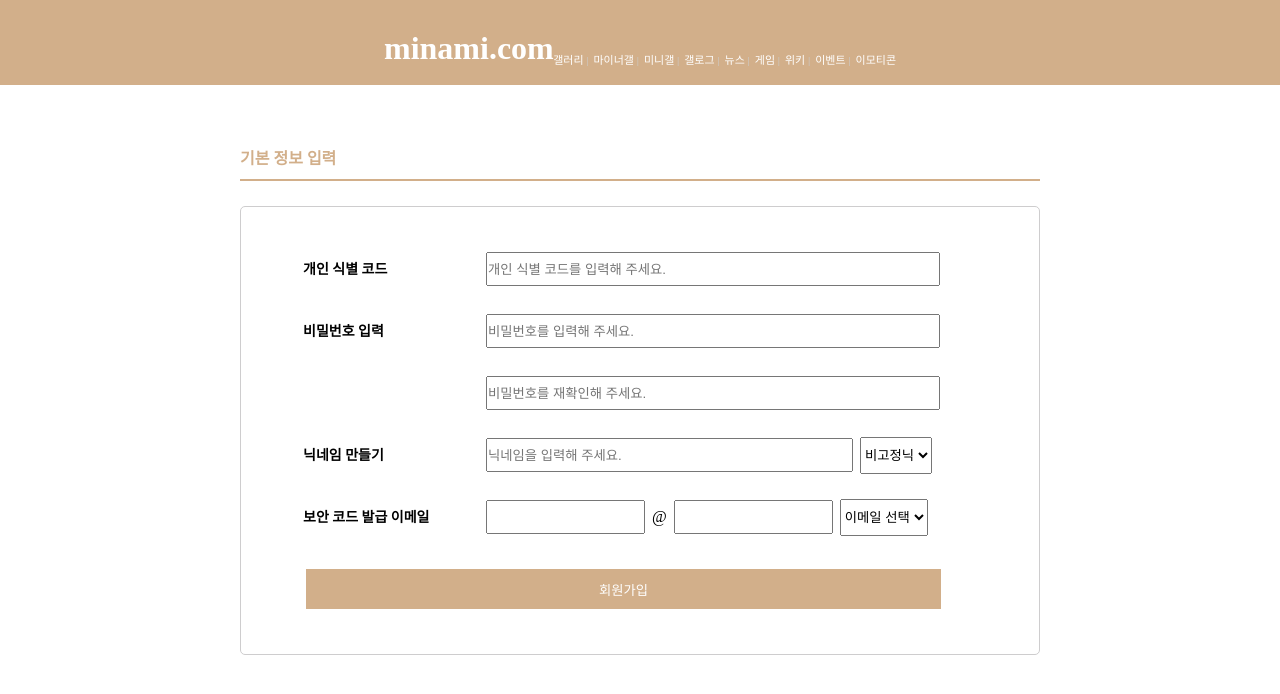
Repository: Minami0717/JSP_Study
Page: http://localhost/JSP_Gall/jsp/joinForm.jsp
These files come from the project's save history. The page is drawn as it stood at one moment and after the next save; the edit follows.
The browser window is 1280 px wide. The pictures show the whole page.
The page is served by Tomcat 9.

Above is the page before, as saved 2023-02-15 07:09:26.

After the next save:
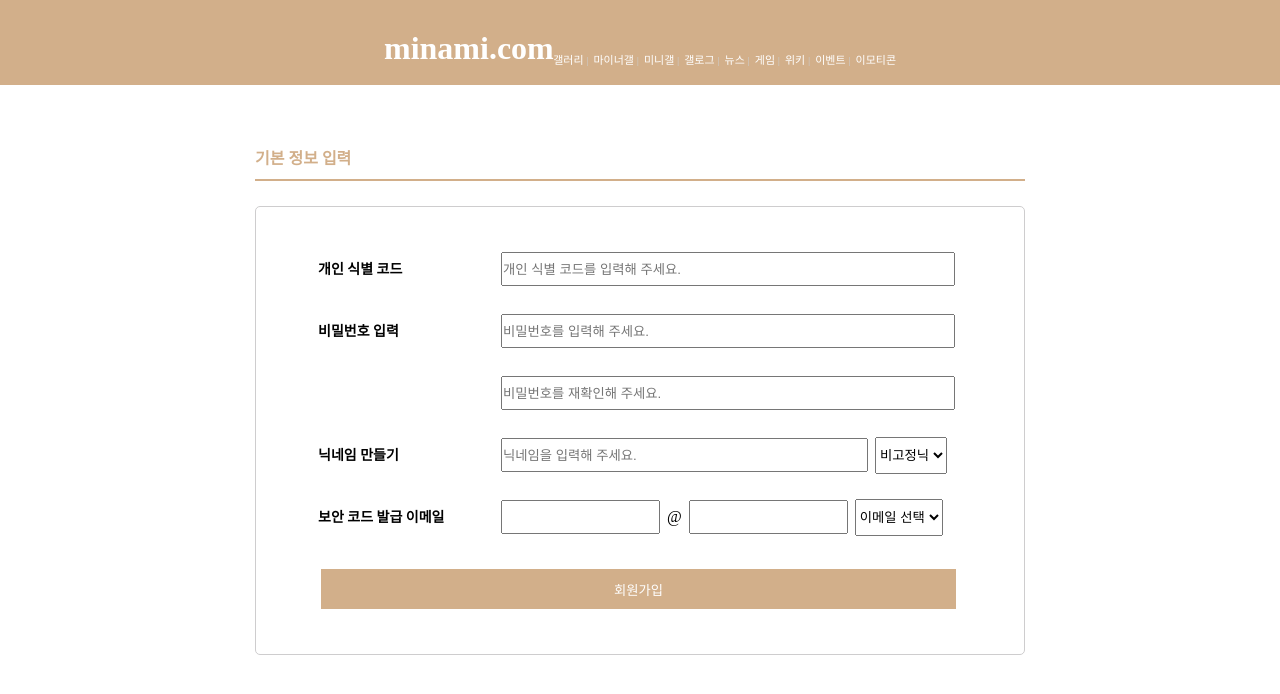
Saved 15 s later.
--- a/JSP_Gall/src/main/webapp/jsp/joinForm.jsp
+++ b/JSP_Gall/src/main/webapp/jsp/joinForm.jsp
@@ -17,7 +17,7 @@
 	header ul {position: absolute; right: 30%; top: 50px;}
 	header h1 {position: absolute; left: 30%; top: 30px;}
 
-	section {width: 800px; margin: 0 auto;}
+	section {width: 770px; margin: 0 auto;}
 	section div:first-child {border-bottom: 2px solid #d2af8a; padding: 10px 0; margin-top: 50px;}
 	section div:first-child h4 {color: #d2af8a}
 	section div:nth-child(2) {border: 1px #cecdce solid; border-radius: 5px; margin: 25px 0; padding: 30px 50px;}
